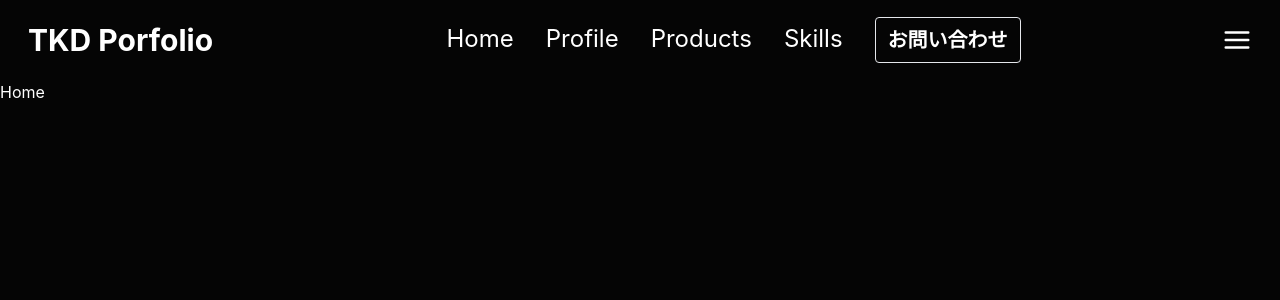
Repository: MitukiTakada/todo-aplication
Page: / (app in design/dev/react-tailwind/react-tailwind/)
The author's editor kept a copy of each file at every save. The page is drawn from the files as they stood at one save, then again after a run of saves.
The browser window is 1280 px wide. The pictures show the whole page.
The project was rebuilt for these pictures with package versions that can differ from the ones it lists, and the page was loaded fresh each time. Also part of the build but not shown: design/dev/react-tailwind/react-tailwind/src/components/Products.jsx, design/dev/react-tailwind/react-tailwind/src/components/Profile.jsx, design/dev/react-tailwind/react-tailwind/src/components/Skills.jsx.

Above is the page before, as saved 2022-11-16 08:32:08.

After the next 2 saves:
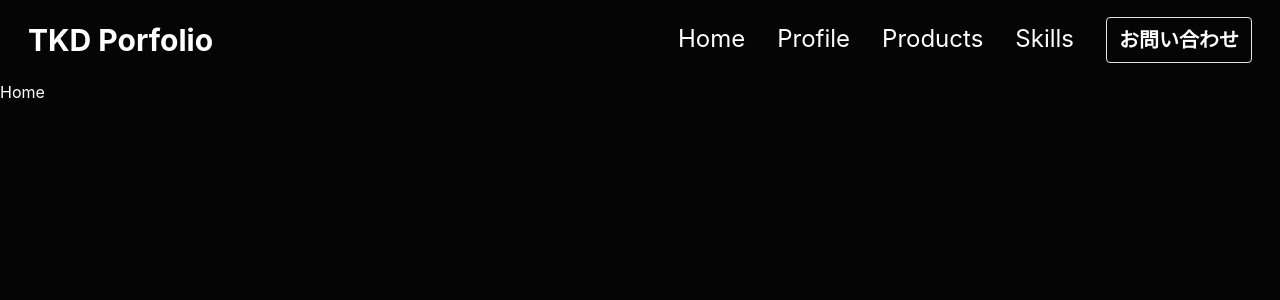
The 2 saves are shown as one change because they came seconds apart.
The last was saved 10 s later.
--- a/design/dev/react-tailwind/react-tailwind/src/components/Header.jsx
+++ b/design/dev/react-tailwind/react-tailwind/src/components/Header.jsx
@@ -18,7 +18,7 @@ const Header = () => {
           <button className="contact-btn">お問い合わせ</button>
         </a>
       </nav>
-      <div className="">
+      <div className="lg:hidden">
         <HamburgerIcon h={30} w={30}/>
       </div>
     </header>
